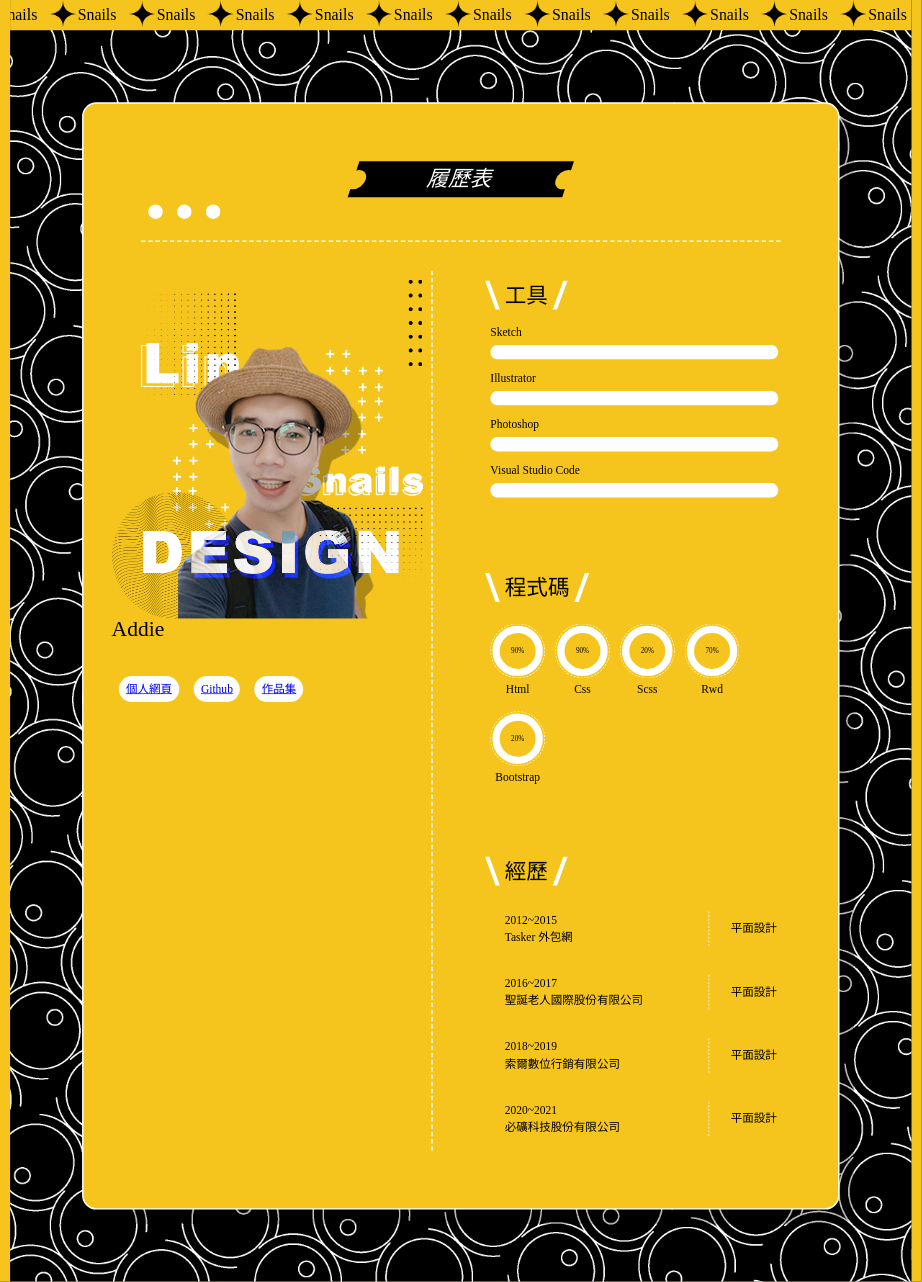
Repository: addie1988/resume
Page: index.html
An editor plug-in stored every save of this project. The page is shown before and after the next save, followed by the edit.
The browser window is 1280 px wide. The pictures show the whole page, at 72% of full size.

Above is the page before, as saved 2021-11-24 11:56:39.
Not found: js/style.js

### index.html
<!DOCTYPE html>
<html lang="en">

<head>
    <meta charset="UTF-8">
    <meta http-equiv="X-UA-Compatible" content="IE=edge">
    <meta name="viewport" content="width=device-width, initial-scale=1.0">
    <title>ADDIE</title>
    <link rel="stylesheet" type="text/css" href="./css/style.css">
</head>

<body>

    <!-- personal -->
    <div class="personal">
        <!-- Carousel -->
        <div class="Carousel">
            <div class="Carousel_content" id="Carousel"></div>
        </div>
        <div class="personal_content">
            <!-- resume > 履歷 -->
            <div class="resume">
                <div class="resume_title">
                    <h1>履歷表</h1>
                </div>
                <div class="resume_content">
                    <ul>
                        <li></li>
                        <li></li>
                        <li></li>
                    </ul>
                </div>
                <!-- main -->
                <div class="main">
                    <!-- personal_information > 個人資訊 -->
                    <div class="personal_information">
                        <div class="personal_information_img"><img src="./images/Visualize1.png"></div>
                        <div class="name">
                            <h1>Addie</h1>
                        </div>
                        <!-- work -->
                        <div class="work">
                            <div class="work_contwnt">
                                <ul>
                                    <li><a href="#">個人網頁</a></li>
                                    <li><a href="#">Github</a></li>
                                    <li><a href="#">作品集</a></li>
                                </ul>
                            </div>
                        </div>
                    </div>


                    <!-- personal_experience > 個人經歷 -->
                    <div class="personal_experience">

                        <!-- Code -->
                        <div class="tool">
                            <div class="tool_content">
                                <h1>工具</h1>
                                <ul>
                                    <li>
                                        <p>Sketch</p>
                                        <span></span>
                                    </li>
                                    <li>
                                        <p>Illustrator</p>
                                        <span></span>
                                    </li>
                                    <li>
                                        <p>Photoshop</p>
                                        <span></span>
                                    </li>
                                    <li>
                                        <p>Visual Studio Code</p>
                                        <span></span>
                                    </li>
                                </ul>
                            </div>
                        </div>

                        <!-- Code -->
                        <div class="Code">
                            <div class="Code_content">
                                <h1>程式碼</h1>
                                <ul>
                                    <li>
                                        <div class="chart"><span><i>90%</i></span></div>
                                        <p>Html</p>
                                    </li>
                                    <li>
                                        <div class="chart"><span><i>90%</i></span></div>
                                        <p>Css</p>
                                    </li>
                                    <li>
                                        <div class="chart"><span><i>20%</i></span></div>
                                        <p>Scss</p>
                                    </li>
                                    <li>
                                        <div class="chart"><span><i>70%</i></span></div>
                                        <p>Rwd</p>
                                    </li>
                                    <li>
                                        <div class="chart"><span><i>20%</i></span></div>
                                        <p>Bootstrap</p>
                                    </li>
                                </ul>
                            </div>
                        </div>

                        <!-- work_experience -->
                        <div class="work_experience">
                            <div class="work_experience_content">
                                <h1>經歷</h1>
                                <ul>
                                    <li>
                                        <div class="work_experience_content_title">
                                            <p>2012~2015</p>
                                            <i>Tasker 外包網</i>
                                        </div>
                                        <span>
                                            <section>平面設計</section>
                                        </span>
                                    </li>
                                    <li>
                                        <div class="work_experience_content_title">
                                            <p>2016~2017</p>
                                            <i>聖誕老人國際股份有限公司</i>
                                        </div>
                                        <span>
                                            <section>平面設計</section>
                                        </span>
                                    </li>
                                    <li>
                                        <div class="work_experience_content_title">
                                            <p>2018~2019</p>
                                            <i>索爾數位行銷有限公司</i>
                                        </div>
                                        <span>
                                            <section>平面設計</section>
                                        </span>
                                    </li>
                                    <li>
                                        <div class="work_experience_content_title">
                                            <p>2020~2021</p>
                                            <i>必礦科技股份有限公司</i>
                                        </div>
                                        <span>
                                            <section>平面設計</section>
                                        </span>
                                    </li>
                                </ul>
                            </div>
                        </div>
                    </div>
                </div>
            </div>
        </div>
    </div>

    <!-- js -->
    <script src="./js/style.js"></script>
    <!-- jq -->
    <script src="https://cdnjs.cloudflare.com/ajax/libs/jquery/3.3.1/jquery.min.js"></script>
    <script>
        $('#Carousel').load("./Carousel.html #Carousel");
    </script>

</body>

</html>

### css/style.css
/* http://meyerweb.com/eric/tools/css/reset/
   v2.0 | 20110126
   License: none (public domain)
*/

html,
body,
div,
span,
applet,
object,
iframe,
h1,
h2,
h3,
h4,
h5,
h6,
p,
blockquote,
pre,
a,
abbr,
acronym,
address,
big,
cite,
code,
del,
dfn,
em,
img,
ins,
kbd,
q,
s,
samp,
small,
strike,
strong,
sub,
sup,
tt,
var,
b,
u,
i,
center,
dl,
dt,
dd,
ol,
ul,
li,
fieldset,
form,
label,
legend,
table,
caption,
tbody,
tfoot,
thead,
tr,
th,
td,
article,
aside,
canvas,
details,
embed,
figure,
figcaption,
footer,
header,
hgroup,
menu,
nav,
output,
ruby,
section,
summary,
time,
mark,
audio,
video {
  margin: 0;
  padding: 0;
  border: 0;
  font-size: 100%;
  font: inherit;
  vertical-align: baseline;
}
/* HTML5 display-role reset for older browsers */
article,
aside,
details,
figcaption,
figure,
footer,
header,
hgroup,
menu,
nav,
section {
  display: block;
}
body {
  line-height: 1;
}
ol,
ul {
  list-style: none;
}
blockquote,
q {
  quotes: none;
}
blockquote:before,
blockquote:after,
q:before,
q:after {
  content: "";
  content: none;
}
table {
  border-collapse: collapse;
  border-spacing: 0;
}

/* ---------------------------------------------------------------------------------------------------------------------- */

:root {
  --background-color: #f5c51d;
  --position: relative;
  --font-size: 16px;
  --padding: 100px;
  --color: white;
  --title_h1: 30px;
  --margin_Segmentation: 80px 0 0 0;
}

/* ---------------------------------------------------------------------------------------------------------------------- */

.personal {
  position: var(--position);
  background: url(../images/background.png);
  align-items: center;
  background-color: black;
  border-left: 14px solid var(--background-color);
  border-right: 14px solid var(--background-color);
}

/* Carousel */
.Carousel {
  position: var(--padding);
}

.Carousel_content {
  margin: 0 auto;
}

.Carousel_content ul {
  display: flex;
  overflow: hidden;
  background-color: var(--background-color);
  background-position: center;
}

.Carousel_content ul li {
  margin: 0 18px;
  padding: 10px;
  position: var(--position);
  font-family: serif;
  font-size: 22px;
  animation: Carousel_content_move 70s infinite;
  -webkit-animation: Carousel_content_move 70s infinite;
}

@keyframes Carousel_content_move {
    0% {
        transform: translateX(-4000px);
        -webkit-transform: translateX(-4000px);
        -moz-transform: translateX(-4000px);
        -ms-transform: translateX(-4000px);
        -o-transform: translateX(-4000px);
}
1000% {
    transform: translateX(0px);
    -webkit-transform: translateX(0px);
    -moz-transform: translateX(0px);
    -ms-transform: translateX(0px);
    -o-transform: translateX(0px);
}
}

.Carousel_content ul li::before {
  content: "";
  width: 37px;
  height: 37px;
  display: inline-block;
  background: url(../images/Carousel.png);
  position: absolute;
  left: -30px;
  top: 0px;
}

.personal_content {
  width: 100%;
  height: 100%;
  display: flex;
  justify-content: center;
}

/* resume > 履歷資訊 */
.resume {
  margin: 100px;
  padding: 80px;
  max-width: 900px;
  border: 2px solid white;
  position: var(--position);
  z-index: 77777;
  box-shadow: 20px 20px 0px 0px #0000003d;
  background-color: var(--background-color);
  border-radius: 20px;
  -webkit-border-radius: 20px;
  -moz-border-radius: 20px;
  -ms-border-radius: 20px;
  -o-border-radius: 20px;
}

/* resume_title */
.resume_title {
  display: flex;
  justify-content: center;
  position: relative;
  transform: skewX(-18deg);
  -webkit-transform: skewX(-18deg);
  -moz-transform: skewX(-18deg);
  -ms-transform: skewX(-18deg);
  -o-transform: skewX(-18deg);
}

.resume_title h1 {
  font-size: 30px;
  text-align: center;
  padding: 10px 60px;
  color: white;
  background-color: black;
  width: 20%;
  display: inline-block;
  position: var(--position);
}

.resume_title h1::before {
  content: "";
  width: 27px;
  height: 27px;
  display: inline-block;
  position: absolute;
  left: -10px;
  top: 12px;
  background-color: #f5c51d;
  border-radius: 50%;
  -webkit-border-radius: 50%;
  -moz-border-radius: 50%;
  -ms-border-radius: 50%;
  -o-border-radius: 50%;
}

.resume_title h1::after {
  content: "";
  width: 27px;
  height: 27px;
  display: inline-block;
  position: absolute;
  right: -10px;
  top: 12px;
  background-color: #f5c51d;
  border-radius: 50%;
  -webkit-border-radius: 50%;
  -moz-border-radius: 50%;
  -ms-border-radius: 50%;
  -o-border-radius: 50%;
}

.resume_content {
  margin: 0 auto;
  width: 100%;
  margin: 0 0 40px 0;
}

.resume_content ul {
  display: flex;
  padding: 0 0 20px 0;
  border-bottom: 2px dashed white;
}

.resume_content ul li {
  width: 20px;
  height: 20px;
  margin: 10px;
  display: inline-block;
  background-color: white;
  border-radius: 50%;
  -webkit-border-radius: 50%;
  -moz-border-radius: 50%;
  -ms-border-radius: 50%;
  -o-border-radius: 50%;
  transition: 1s ease-out;
  -webkit-transition: 1s ease-out;
  -moz-transition: 1s ease-out;
  -ms-transition: 1s ease-out;
  -o-transition: 1s ease-out;
}

.resume_content ul li:nth-child(1):hover {
  background-color: red;
}

.resume_content ul li:nth-child(2):hover {
  background-color: yellow;
}

.resume_content ul li:nth-child(3):hover {
  background-color: green;
}

/* ---------------------------------------------------------------------------------------------------------------------- */

/* main */
.main {
  display: flex;
  justify-content: center;
}

/* personal_information > 個人資訊 */

/* personal_information */
.personal_information {
  flex: 0 0 50%;
  max-width: 50%;
  border-right: 2px solid white;
  border-style: dashed;
  margin: 0 40px;
}

.personal_information_img {
  display: flex;
  justify-content: center;
}

.personal_information_img img {
  width: 100%;
  height: 100%;
}

/* ---------------------------------------------------------------------------------------------------------------------- */

/* personal_experience > 個人經歷 */
.personal_experience {
  flex: 0 0 50%;
  max-width: 50%;
  margin: 0 40px;
}

.name h1 {
  font-size: var(--title_h1);
}

/* ---------------------------------------------------------------------------------------------------------------------- */

/* work */
.work {
  position: var(--position);
}

.work_contwnt {
  margin: 40px auto;
}

.work_contwnt ul {
  display: flex;
  flex-wrap: wrap;
}

.work_contwnt ul li {
  margin-right: 10px;
  margin: 10px;
  padding: 10px;
  color: black;
  background-color: white;
  border-radius: 20px;
  -webkit-border-radius: 20px;
  -moz-border-radius: 20px;
  -ms-border-radius: 20px;
  -o-border-radius: 20px;
}

/* ---------------------------------------------------------------------------------------------------------------------- */

/* personal_experience > 個人經歷 */

/* tool */
.tool {
  position: var(--position);
}

.tool_contwnt {
  margin: var(--margin_Segmentation);
}

.tool_content h1 {
  font-size: var(--title_h1);
  position: var(--position);
  display: inline-block;
  padding: 20px;
}

.tool_content h1::before {
  content: "";
  width: 6px;
  height: 40px;
  display: inline-block;
  position: absolute;
  top: 20%;
  left: 0;
  background-color: white;
  transform: skewX(20deg);
  -webkit-transform: skewX(20deg);
  -moz-transform: skewX(20deg);
  -ms-transform: skewX(20deg);
  -o-transform: skewX(20deg);
}

.tool_content h1::after {
  content: "";
  width: 6px;
  height: 40px;
  display: inline-block;
  position: absolute;
  top: 20%;
  right: 0;
  background-color: white;
  transform: skewX(-20deg);
  -webkit-transform: skewX(-20deg);
  -moz-transform: skewX(-20deg);
  -ms-transform: skewX(-20deg);
  -o-transform: skewX(-20deg);
}

.tool_content ul {
  margin: var(--margin_Segmentation);
  margin: 0;
}

.tool_content ul li {
  line-height: 2;
}

.tool_content ul li span {
  width: 100%;
  height: 20px;
  display: inline-block;
  position: relative;
}

.tool_content ul li span::before {
  content: "";
  width: 0;
  height: 20px;
  display: inline-block;
  position: absolute;
  z-index: 4444;
  background-color: black;
  transition: 1s ease-out;
  -webkit-transition: 1s ease-out;
  -moz-transition: 1s ease-out;
  -ms-transition: 1s ease-out;
  -o-transition: 1s ease-out;
  border-radius: 20px;
  -webkit-border-radius: 20px;
  -moz-border-radius: 20px;
  -ms-border-radius: 20px;
  -o-border-radius: 20px;
}

.tool_content ul li:hover span::before {
  width: 100%;
}

.tool_content ul li:nth-child(1):hover span::before {
  width: 35%;
}

.tool_content ul li:nth-child(2):hover span::before {
  width: 85%;
}

.tool_content ul li:nth-child(3):hover span::before {
  width: 85%;
}

.tool_content ul li:nth-child(4):hover span::before {
  width: 35%;
}

.tool_content ul li span::after {
  content: "";
  width: 90%;
  height: 20px;
  display: inline-block;
  position: absolute;
  background-color: white;
  border-radius: 20px;
  -webkit-border-radius: 20px;
  -moz-border-radius: 20px;
  -ms-border-radius: 20px;
  -o-border-radius: 20px;
}

/* ---------------------------------------------------------------------------------------------------------------------- */

/* Code */
.Code {
  position: var(--position);
}

.Code_content {
  margin: var(--margin_Segmentation);
}

.Code_content h1 {
  font-size: var(--title_h1);
  position: var(--position);
  display: inline-block;
  padding: 20px;
}

.Code_content h1::before {
  content: "";
  width: 6px;
  height: 40px;
  display: inline-block;
  position: absolute;
  top: 20%;
  left: 0;
  background-color: white;
  transform: skewX(20deg);
  -webkit-transform: skewX(20deg);
  -moz-transform: skewX(20deg);
  -ms-transform: skewX(20deg);
  -o-transform: skewX(20deg);
}

.Code_content h1::after {
  content: "";
  width: 6px;
  height: 40px;
  display: inline-block;
  position: absolute;
  top: 20%;
  right: 0;
  background-color: white;
  transform: skewX(-20deg);
  -webkit-transform: skewX(-20deg);
  -moz-transform: skewX(-20deg);
  -ms-transform: skewX(-20deg);
  -o-transform: skewX(-20deg);
}

.Code_content ul {
  margin: var(--margin_Segmentation);
  display: flex;
  flex-wrap: wrap;
  margin: 0;
}

.Code_content ul li {
  margin: 14px 14px 0 0;
  line-height: 2;
}

.Code_content ul li .chart {
  border: 1px solid white;
  padding: 2px;
  border-style: dashed;
  border-radius: 50%;
  -webkit-border-radius: 50%;
  -moz-border-radius: 50%;
  -ms-border-radius: 50%;
  -o-border-radius: 50%;
}

.Code_content ul li .chart span {
  width: 70px;
  height: 70px;
  display: flex;
  justify-content: center;
  align-items: center;
  position: relative;
}

.Code_content ul li .chart span::before {
  content: "";
  width: 50px;
  height: 50px;
  display: none;
  position: absolute;
  top: 0;
  left: 0;
  z-index: 444;
  border-top: 10px solid black;
  border-left: 10px solid black;
  border-right: 10px solid black;
  border-bottom: 10px solid #f5c51d;
  border-radius: 50%;
  -webkit-border-radius: 10px solid #f5c51d;
  -moz-border-radius: 10px solid #f5c51d;
  -ms-border-radius: 10px solid #f5c51d;
  -o-border-radius: 10px solid #f5c51d;
  animation: chart_move 2s ease-out;
  -webkit-animation: chart_move 2s ease-out;
}

.Code_content ul li:nth-child(1) .chart span::before {
  border-top: 10px solid black;
  border-left: 10px solid black;
  border-right: 10px solid black;
  border-bottom: 10px solid #f5c51d;
}

.Code_content ul li:nth-child(2) .chart span::before {
  border-top: 10px solid black;
  border-left: 10px solid black;
  border-right: 10px solid black;
  border-bottom: 10px solid #f5c51d;
}

.Code_content ul li:nth-child(3) .chart span::before {
  border-top: 10px solid black;
  border-left: 10px solid #f5c51d;
  border-right: 10px solid #f5c51d;
  border-bottom: 10px solid #f5c51d;
}

.Code_content ul li:nth-child(4) .chart span::before {
  border-top: 10px solid black;
  border-left: 10px solid black;
  border-right: 10px solid #f5c51d;
  border-bottom: 10px solid #f5c51d;
}

.Code_content ul li:nth-child(5) .chart span::before {
  border-top: 10px solid black;
  border-left: 10px solid #f5c51d;
  border-right: 10px solid #f5c51d;
  border-bottom: 10px solid #f5c51d;
}

.Code_content ul li:hover .chart span::before {
  display: block;
}

@keyframes chart_move {
  0% {
    opacity: 0;
    transform: rotate(0);
    -webkit-transform: rotate(0);
    -moz-transform: rotate(0);
    -ms-transform: rotate(0);
    -o-transform: rotate(0);
  }
  100% {
    opacity: 1;
    transform: rotate(360deg);
    -webkit-transform: rotate(360deg);
    -moz-transform: rotate(360deg);
    -ms-transform: rotate(360deg);
    -o-transform: rotate(360deg);
  }
}

.Code_content ul li .chart span::after {
  content: "";
  width: 50px;
  height: 50px;
  display: inline-block;
  position: absolute;
  top: 0;
  left: 0;
  border: 10px solid white;
  border-radius: 50%;
  -webkit-border-radius: 50%;
  -moz-border-radius: 50%;
  -ms-border-radius: 50%;
  -o-border-radius: 50%;
}

.Code_content ul li .chart span i {
  font-size: 10px;
}

.Code_content ul li p {
  text-align: center;
}

/* ---------------------------------------------------------------------------------------------------------------------- */

/* work_experience */
.work_experience {
  position: var(--position);
}

.work_experience_content {
  margin: var(--margin_Segmentation);
}

.work_experience_content h1 {
  font-size: var(--title_h1);
  position: var(--position);
  display: inline-block;
  padding: 20px;
}

.work_experience_content h1::before {
  content: "";
  width: 6px;
  height: 40px;
  display: inline-block;
  position: absolute;
  top: 20%;
  left: 0;
  background-color: white;
  transform: skewX(20deg);
  -webkit-transform: skewX(20deg);
  -moz-transform: skewX(20deg);
  -ms-transform: skewX(20deg);
  -o-transform: skewX(20deg);
}

.work_experience_content h1::after {
  content: "";
  width: 6px;
  height: 40px;
  display: inline-block;
  position: absolute;
  top: 20%;
  right: 0;
  background-color: white;
  transform: skewX(-20deg);
  -webkit-transform: skewX(-20deg);
  -moz-transform: skewX(-20deg);
  -ms-transform: skewX(-20deg);
  -o-transform: skewX(-20deg);
}

.work_experience_content ul {
  margin: var(--margin_Segmentation);
  margin: 0;
}

.work_experience_content ul li {
  line-height: 1.5;
  display: flex;
  padding: 20px;
  flex-wrap: wrap;
  overflow: hidden;
  transition: 1s ease-out;
  -webkit-transition: 1s ease-out;
  -moz-transition: 1s ease-out;
  -ms-transition: 1s ease-out;
  -o-transition: 1s ease-out;
}

.work_experience_content ul li:hover {
  border-radius: 50px;
  -webkit-border-radius: 50px;
  -moz-border-radius: 50px;
  -ms-border-radius: 50px;
  -o-border-radius: 50px;
  animation: work_experience_content_move 3s ease-out;
  -webkit-animation: work_experience_content_move 3s ease-out;
}

@keyframes work_experience_content_move {
  0% {
    background-color: #f5c51d;
  }
  25% {
    background-color: aquamarine;
  }
  50% {
    background-color: slateblue;
  }
  100% {
    background-color: black;
  }
}

.work_experience_content ul li:hover .work_experience_content_title {
  color: white;
  border-right: 1px dashed white;
}

.work_experience_content ul li:hover .work_experience_content_title p {
  color: white;
}

.work_experience_content ul li .work_experience_content_title {
  width: 70%;
  border-right: 1px solid white;
  border-style: dashed;
  color: black;
}

.work_experience_content ul li .work_experience_content_title p {
  color: black;
}

.work_experience_content ul li span {
  display: flex;
  align-items: center;
}

.work_experience_content ul li span section {
  margin-left: 30px;
}

.work_experience_content ul li:hover span section {
  color: white;
}

@media screen and (max-width: 900px) {
  .main {
    flex-wrap: wrap;
  }

  .personal_information {
    flex: 0 0 100%;
    max-width: 100%;
  }

  .personal_experience {
    flex: 0 0 100%;
    max-width: 100%;
  }
}

Loaded but not shown: Carousel.html (35 lines, source omitted)

After the next save:
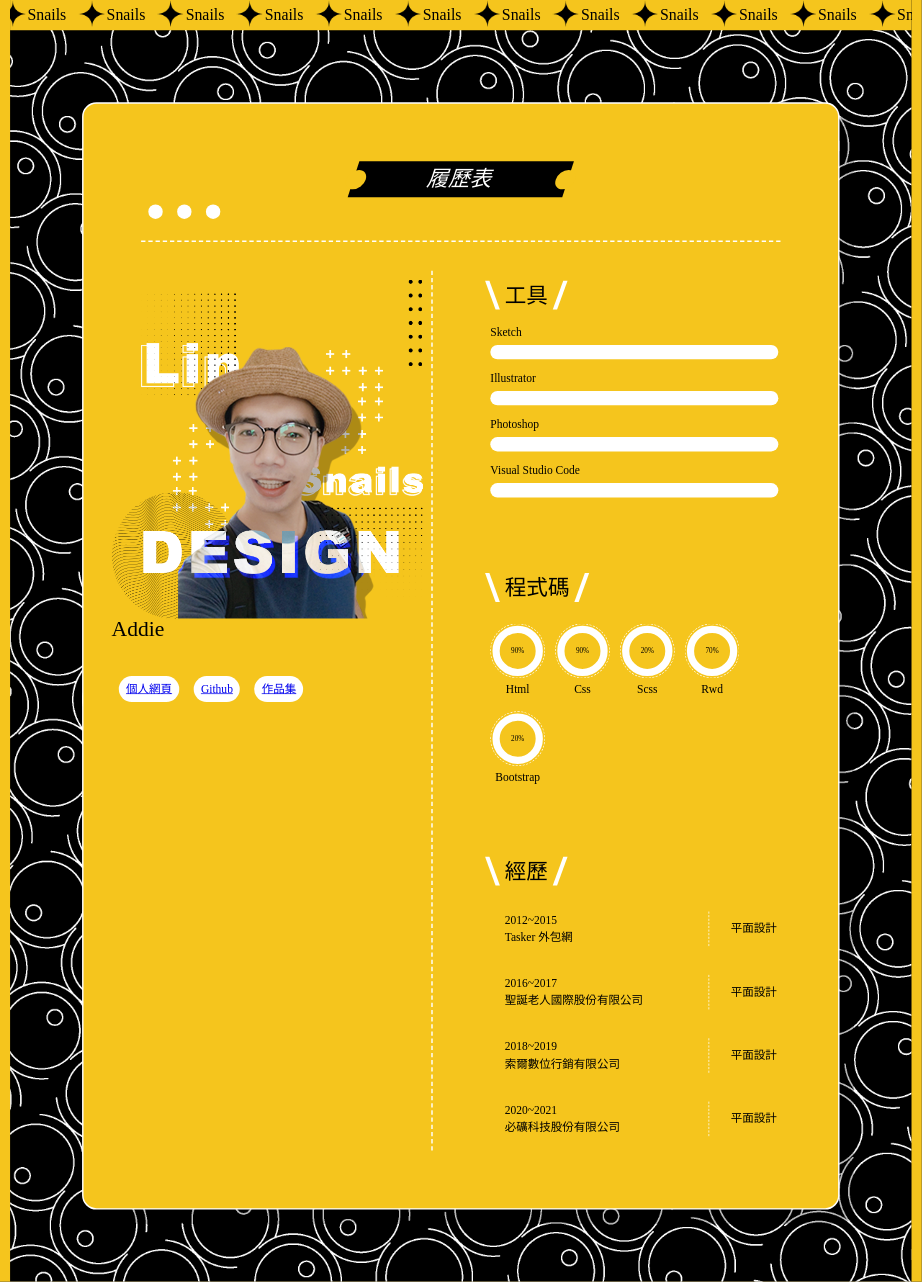
Saved 14 s later.
--- a/css/style.css
+++ b/css/style.css
@@ -173,25 +173,25 @@ table {
   position: var(--position);
   font-family: serif;
   font-size: 22px;
-  animation: Carousel_content_move 70s infinite;
-  -webkit-animation: Carousel_content_move 70s infinite;
+  animation: Carousel_content_move 90s infinite;
+  -webkit-animation: Carousel_content_move 90s infinite;
 }
 
 @keyframes Carousel_content_move {
-    0% {
-        transform: translateX(-4000px);
-        -webkit-transform: translateX(-4000px);
-        -moz-transform: translateX(-4000px);
-        -ms-transform: translateX(-4000px);
-        -o-transform: translateX(-4000px);
-}
-1000% {
+  0% {
+    transform: translateX(-4000px);
+    -webkit-transform: translateX(-4000px);
+    -moz-transform: translateX(-4000px);
+    -ms-transform: translateX(-4000px);
+    -o-transform: translateX(-4000px);
+  }
+  1000% {
     transform: translateX(0px);
     -webkit-transform: translateX(0px);
     -moz-transform: translateX(0px);
     -ms-transform: translateX(0px);
     -o-transform: translateX(0px);
-}
+  }
 }
 
 .Carousel_content ul li::before {
